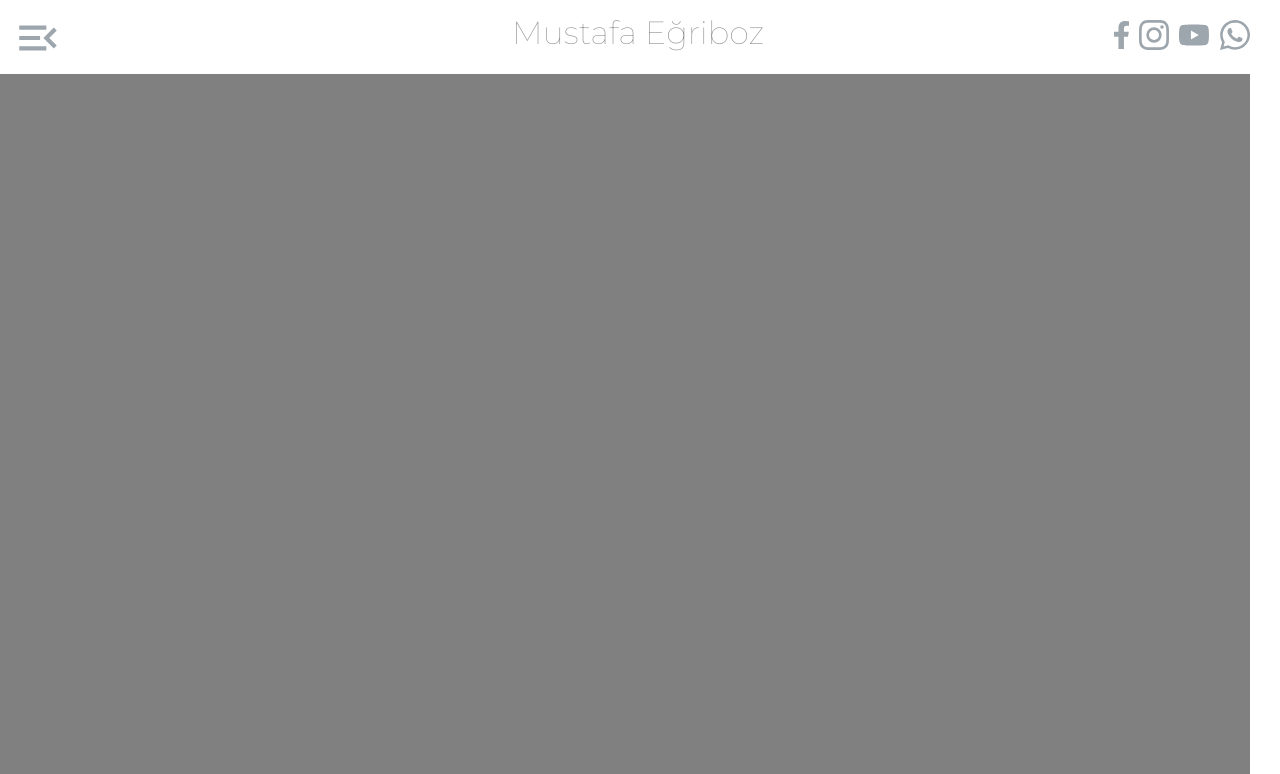
Repository: CengoCengo/m.e-gallery-web-site
Page: index.html
These files come from the project's save history. The page is drawn as it stood at one moment and after a run of saves; the edit follows.
The browser window is 1280 px wide. The pictures show the whole page.

Above is the page before, as saved 2021-02-06 18:29:34.
Console error: TypeError: Cannot read properties of null (reading 'style')

After the next 2 saves:
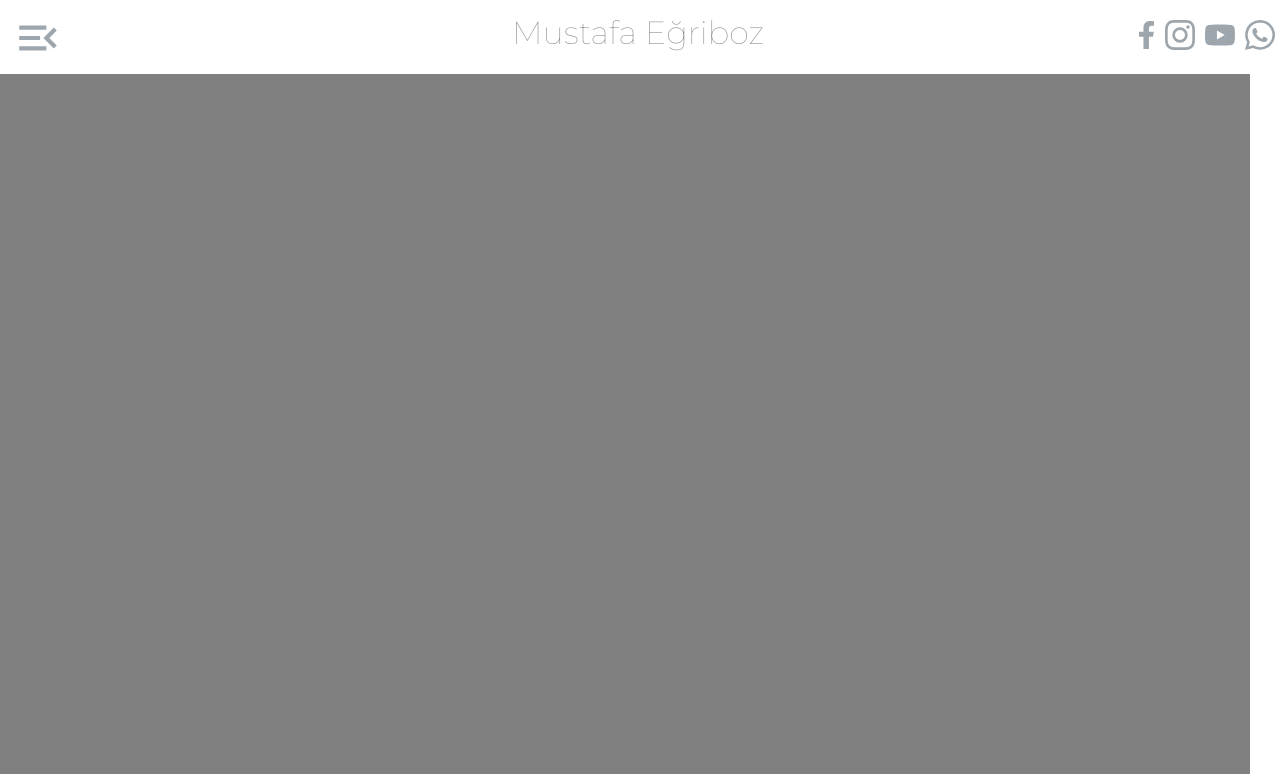
The 2 saves are shown as one change because they came seconds apart.
The last was saved 9 s later.
--- a/styles/style.css
+++ b/styles/style.css
@@ -47,7 +47,7 @@ h1.name{
     position: relative;
     width: 100%;
     left: 84%;
-    padding-left: 2% ;
+    padding-left: 4% ;
 
 }
 
